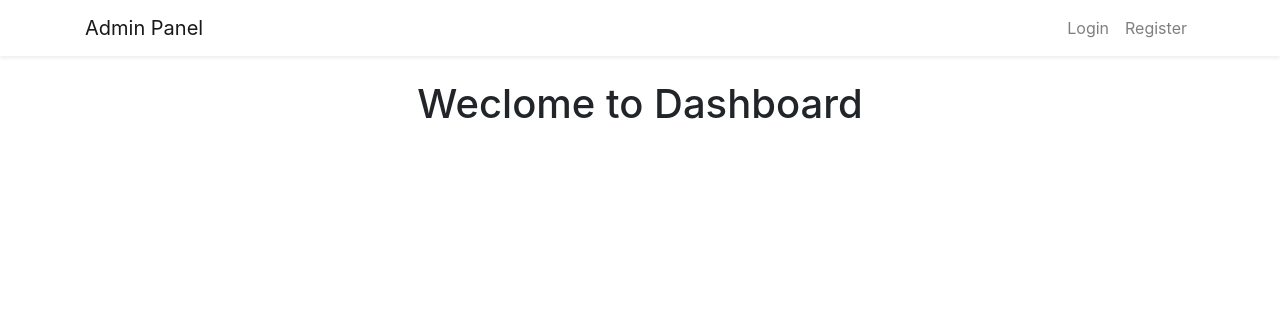
Repository: mohamedelbadawi/Simple-galley-using-laravel
Page: http://localhost/admin/dashboard
These files come from the project's save history. The page is drawn as it stood at one moment and after the next save; the edit follows.
The browser window is 1280 px wide. The pictures show the whole page.
The page is served by the project's Laravel application, run on PHP 8.4 with Laravel 8. Other server files are loaded and not shown.

Above is the page before, as saved 2021-09-01 11:52:57.

### Gallery/routes/web.php
<?php

use App\Http\Controllers\AlbumsController;
use App\Http\Controllers\ContactController;
use App\Http\Controllers\FrontController;
use App\Http\Controllers\PhotosController;
use Illuminate\Support\Facades\Auth;
use Illuminate\Support\Facades\Route;

/*
|--------------------------------------------------------------------------
| Web Routes
|--------------------------------------------------------------------------
|
| Here is where you can register web routes for your application. These
| routes are loaded by the RouteServiceProvider within a group which
| contains the "web" middleware group. Now create something great!
|
 */

Route::get('/', [FrontController::class, 'albumsIndex']);
Route::get('/home', [FrontController::class, 'albumsIndex'])->name('home');

Route::get('/gallery', [FrontController::class, 'galleryIndex'])->name('gallery');
Route::post('/contact', [ContactController::class, 'storeContact'])->name('contact.store');

Route::get('/about', function () {
    return view('gallery/about');
})->name('about');

Route::get('/contact', function () {
    return view('gallery/contact');
})->name('contact');
// Route::get('/blog', function () {
//     return view('gallery/blog');
// })->name('blog');

Route::prefix('admin')->group(function () {
    Auth::routes();
    Route::get('/dashboard', function () {
        return view('admin/dashboard');
    })->name('dashboard');
    Route::get('/albums/create', [AlbumsController::class, 'create'])->name('album.create');
    Route::get('/albums', [AlbumsController::class, 'index'])->name('album.index');
    Route::post('/albums/store', [AlbumsController::class, 'store'])->name('album.store');
    Route::get('album/{id}', [AlbumsController::class, 'showImages'])->name('album.show');
    Route::post('photos/upload/{id}', [PhotosController::class, 'upload'])->name('photos.upload');
});
Route::get('/admin', function () {
    return view('admin.Dashboard');
})->middleware('auth');

### Gallery/resources/views/admin/Dashboard.blade.php
@extends('layouts.app')

@section('content')
{{-- @include('messages') --}}
<h1 class="text-center">Weclome to Dashboard</h1>






@endsection

### Gallery/resources/views/layouts/app.blade.php
<!doctype html>
<html lang="{{ str_replace('_', '-', app()->getLocale()) }}">

<head>
    <meta charset="utf-8">
    <meta name="viewport" content="width=device-width, initial-scale=1">

    <!-- CSRF Token -->
    <meta name="csrf-token" content="{{ csrf_token() }}">

    <title>Admin Panel</title>

    <!-- Scripts -->
    <script src="{{ asset('js/app.js') }}" defer></script>

    <!-- Fonts -->
    <link rel="dns-prefetch" href="//fonts.gstatic.com">
    <link href="https://fonts.googleapis.com/css?family=Nunito" rel="stylesheet">

    <!-- Styles -->
    <link href="{{ asset('css/app.css') }}" rel="stylesheet">
    <link rel="stylesheet" href="{{ asset('css/bootstrap.min.css') }}" />
    <link rel="stylesheet" href="{{ asset('css/font-awesome.min.css') }}" />
    <link rel="stylesheet" href="{{ asset('css/slicknav.min.css') }}" />
    <link rel="stylesheet" href="{{ asset('css/fresco.css') }}" />
    <link rel="stylesheet" href="{{ asset('css/slick.css') }}" />

</head>

<body>
    <div id="app">
        <nav class="navbar navbar-expand-md navbar-light bg-white shadow-sm">
            <div class="container">
                <a class="navbar-brand" href="{{ url('/') }}">
                    Admin Panel
                </a>
                <button class="navbar-toggler" type="button" data-toggle="collapse" data-target="#navbarSupportedContent"
                    aria-controls="navbarSupportedContent" aria-expanded="false"
                    aria-label="{{ __('Toggle navigation') }}">
                    <span class="navbar-toggler-icon"></span>
                </button>

                <div class="collapse navbar-collapse" id="navbarSupportedContent">
                    <!-- Left Side Of Navbar -->
                    <ul class="navbar-nav mr-auto">

                    </ul>

                    <!-- Right Side Of Navbar -->
                    <ul class="navbar-nav ml-auto">
                        <!-- Authentication Links -->
                        @guest
                            @if (Route::has('login'))
                                <li class="nav-item">
                                    <a class="nav-link" href="{{ route('login') }}">{{ __('Login') }}</a>
                                </li>
                            @endif

                            @if (Route::has('register'))
                                <li class="nav-item">
                                    <a class="nav-link" href="{{ route('register') }}">{{ __('Register') }}</a>
                                </li>
                            @endif
                        @else
                            <li class="nav-item dropdown">
                                <a id="navbarDropdown" class="nav-link dropdown-toggle" href="#" role="button"
                                    data-toggle="dropdown" aria-haspopup="true" aria-expanded="false" v-pre>
                                    {{ Auth::user()->name }}
                                </a>

                                <div class="dropdown-menu dropdown-menu-right" aria-labelledby="navbarDropdown">
                                    <a class="dropdown-item" href="{{ route('album.create') }}">
                                        Create Album
                                    </a>
                                    <a class="dropdown-item" href="{{ route('logout') }}" onclick="event.preventDefault();
                                                            document.getElementById('logout-form').submit();">
                                        {{ __('Logout') }}
                                    </a>

                                    <form id="logout-form" action="{{ route('logout') }}" method="POST"
                                        class="d-none">
                                        @csrf
                                    </form>
                                </div>
                            </li>
                        @endguest
                    </ul>
                </div>
            </div>
        </nav>

        <main class="py-4">
            @yield('content')
        </main>
    </div>
</body>

</html>

Loaded but not shown: Gallery/app/Http/Controllers/Auth/ConfirmPasswordController.php (common file); Gallery/app/Http/Controllers/Controller.php (common file); Gallery/public/css/app.css (library); Gallery/public/css/bootstrap.min.css (library); Gallery/public/css/font-awesome.min.css (library); Gallery/public/css/slicknav.min.css (common file); Gallery/public/css/slick.css (common file); Gallery/public/css/fresco.css (1616 lines, source omitted)

After the next save:
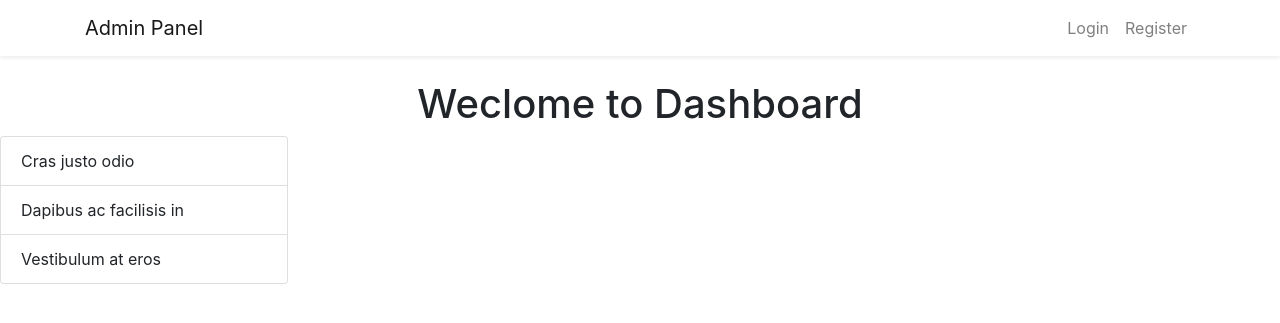
Saved 50 s later.
--- a/Gallery/resources/views/admin/Dashboard.blade.php
+++ b/Gallery/resources/views/admin/Dashboard.blade.php
@@ -1,10 +1,16 @@
 @extends('layouts.app')
 
 @section('content')
-{{-- @include('messages') --}}
-<h1 class="text-center">Weclome to Dashboard</h1>
+    {{-- @include('messages') --}}
+    <h1 class="text-center">Weclome to Dashboard</h1>
 
-
+    <div class="card" style="width: 18rem;">
+        <ul class="list-group list-group-flush">
+            <li class="list-group-item">Cras justo odio</li>
+            <li class="list-group-item">Dapibus ac facilisis in</li>
+            <li class="list-group-item">Vestibulum at eros</li>
+        </ul>
+    </div>
 
 
 
